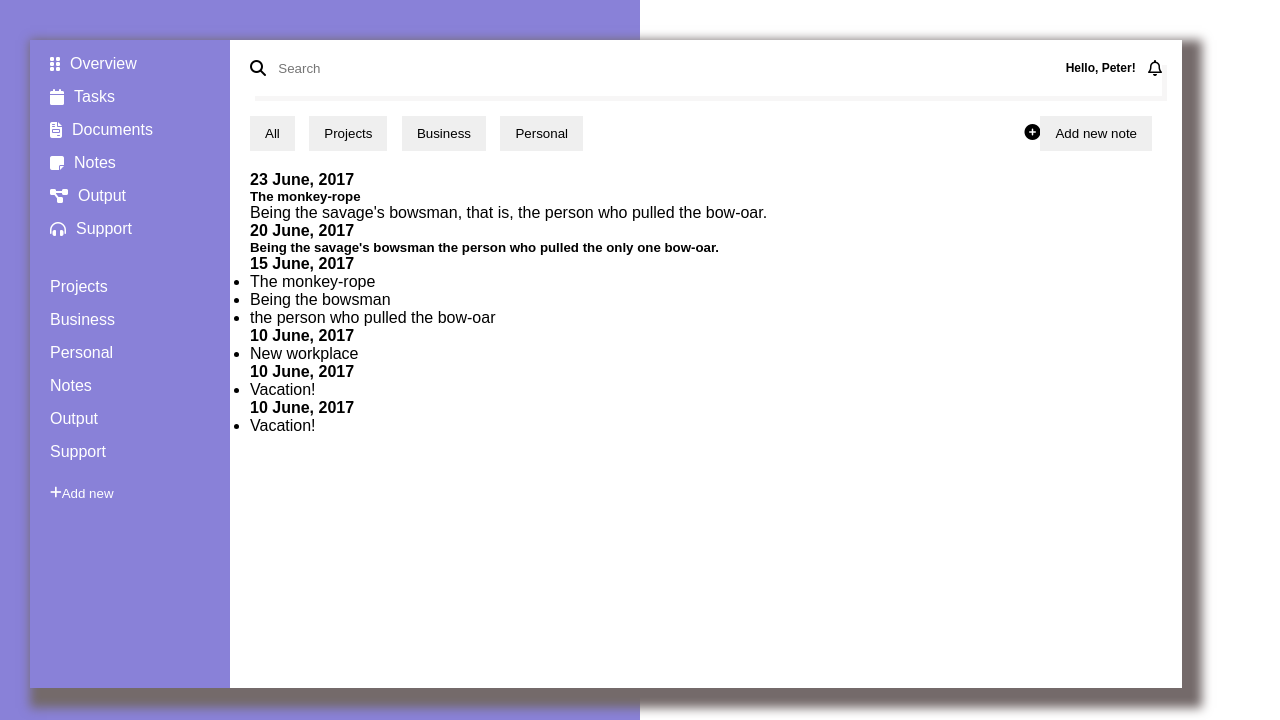
Repository: SatenikGabrielyan/HTML_CSS-_Assignment
Page: index.html
These files come from the project's save history. The page is drawn as it stood at one moment and after the next save; the edit follows.
The browser window is 1280 px wide. The pictures show the whole page.
Some web libraries are served in a nearby version.

Above is the page before, as saved 2025-03-18 00:37:06.

### index.html
<!DOCTYPE html>
<html lang="en">
  <head>
    <meta charset="UTF-8" />
    <meta name="viewport" content="width=device-width, initial-scale=1.0" />
    <title>Notes App</title>
    <link rel="stylesheet" href="./style.css" />
    <script src="https://kit.fontawesome.com/858d305f19.js" crossorigin="anonymous"></script>
</head>
  <body>
      <div class="cont">
          <div class="purp"></div>
          <div class="whit"></div>
      </div>
    <div class="container">
      <aside class="sidebar">
        <!-- <header class="circle">
            <i class="fa-regular fa-circle"></i>
        </header> -->
        <nav>
            <ul class="first">
                <li><i class="fa-solid fa-grip-vertical"></i>Overview</li>
                <li> <i class="fa-solid fa-calendar"></i>Tasks</li>
                <li><i class="fa-solid fa-file-invoice"></i>Documents</li>
                <li><i class="fa-solid fa-note-sticky"></i>Notes</li>
                <li><i class="fa-solid fa-diagram-project"></i>Output</li>
                <li><i class="fa-solid fa-headphones-simple"></i>Support</li>
            </ul>
            <ul class="second">
                <li>Projects</li>
                <li>Business</li>
                <li>Personal</li>
                <li>Notes</li>
                <li>Output</li>
                <li>Support</li>
            </ul>
        </nav>
        <button class="add-new"><i class="fa-solid fa-plus"></i>Add new</button>
        <div class="foot">

        </div>
    </aside>

    <main class="main-content">
       <div class="header">
            <i class="fas fa-search"></i>  <input type="text" placeholder="Search">
            <h3>Hello, Peter!</h3> <i class="fa-regular fa-bell"></i>
    </div>
    <div class="proj">
        <div class="but">
        <div class="tabs">
            <button>All</button>
            <button>Projects</button>
            <button>Business</button>
            <button>Personal</button>
        </div>
        <div >
            <i class="fa-solid fa-circle-plus"></i><button class="add tabs">Add new note</button>
        </div>
    </div>
        <!-- <div class="notes-grid">

            <div class="note-card">
                <h4>23 June, 2017</h4>
                <h5>The monkey-rope</h5>
                <p>Being the savage's bowsman, that is, the person who pulled the bow-oar.</p>
            </div>
            <div class="note-card">
                <h4>20 June, 2017</h4>
                <h5>Being the savage's bowsman</h5>
                <p>The person who pulled the only one bow-oar.</p>
            </div>
            <div class="note-card">
                <h4>1 June, 2017</h4>
                <h5>Vacation!</h5>
            </div>
            <div class="note-card">
                <h4>25 May, 2017</h4>
                <h5>The monkey-rope</h5>
                <p>Being the savage's bowsman, that is, the person who pulled the bow-oar.</p>
            </div>
            <div class="note-card">
                <h4>20 May, 2017</h4>
                <h5>New workplace</h5>
            </div>
            <div class="note-card">
                <h4>5 May, 2017</h4>
                <h5>That is, the person</h5>
                <p>Being the savage.</p>
            </div>
        </div> -->
        <div class="cards">
            <div class="card">
                <h4>23 June, 2017</h4>
                <h5>The monkey-rope</h5>
                <p>Being the savage's bowsman, that is, the person who pulled the bow-oar.</p>
            </div>
            <div class="card">
                <h4>20 June, 2017</h4>
                <h5>Being the savage's bowsman the person who pulled the only one bow-oar.</h5>
            </div>
            <div class="card">
                <h4>15 June, 2017</h4>
                <ul>
                <li>The monkey-rope</li>
                <li>Being the bowsman</li>
                <li>the person who pulled the bow-oar</li>
            </ul>
            </div>
            <div class="card">
                <h4>10 June, 2017</h4>
                <ul>
                    <li>New workplace</li>
                </ul>
            </div>
            <div class="card">
                <h4>10 June, 2017</h4>
                <ul>
                    <li>Vacation!</li>
                </ul>
            </div>
            <div class="card">
                <h4>10 June, 2017</h4>
                <ul>
                    <li>Vacation!</li>
                </ul>
            </div>
        </div>
    </div>
    </main>

    </div>

  </body>
</html>

### style.css
/* CSS Variables for Colors */
:root {
    --bg-color: #fbfbfb;
    --primary-color: #8981d8;
    --secondary-color: #d0d0d0;
    --text-color: #858499;
    --highlight-color: #7f77cc;
    --hover-color: rgba(137, 129, 216, 0.5);
  }


  * {
    margin: 0;
    padding: 0;
    box-sizing: border-box;
  }

  body {
    font-family: Arial, sans-serif;
    /* background-color: var(--bg-color); */
    display: flex;
    height: 100vh;
  }
  .wrapper{
    position: relative;
  }

  .cont{
      display: flex;
      width: 100%;
      position: relative;
      z-index: -1;
      border-radius: 10px;
  }
.purp {
    width: 50%;
    background-color: var(--primary-color);
    flex-direction: row;
}
.whit {
    width: 50%;
    /* background-color: lightgray; */
    flex-direction: row;
}
  .container {
    display: flex;
    width: 90%;
    height: 90%;

    box-shadow: 10px 10px 10px 10px rgb(116, 106, 106);
    margin-left: 30px;
    margin-right: 30px;
    margin-top: 40px;
    margin-bottom: 80px;
    background: center;
    position: absolute;
    z-index: 2;
  }

   .sidebar {
    width: 200px;
    background-color: var(--primary-color);
    color: #fff;
    display: flex;
    flex-direction: column;
    /* padding: 20px; */
  }

  /* .main-content li {
    float: left;
  }

  .main-content li a {
    display: block;
    color: white;
    text-align: center;
    padding: 14px 16px;
    text-decoration: none;
  }

  .main-content li a:hover:not(.active) {
    background-color: #111;
  } */
  /* .first {
    list-style-type: none;
     list-style: none;
} */
.first li {
    margin: 15px 0;
    display: flex;
    align-items: center;
    cursor: pointer;
    padding-left: 20px;
}
  .sidebar-header h2 {
    margin-bottom: 20px;
  }

  .first li i {
    margin-right: 10px;
  }
  .second {
      margin-top: 40px;
  }
 .second li {
    margin: 15px 0;
    display: flex;
    align-items: center;
    cursor: pointer;
    padding-left: 20px;
 }
 .second li::marker {
    color: red;
  }
  .main-content {
    background-color: white;
    /* width: 200px; */
    flex-grow: 1;
    flex: 1;
    /* padding-top: 20px; */
     padding: 20px;
    /* overflow-y: auto;  */
  }

   /* header {
    display: flex;
    justify-content: space-between;
    align-items: center;
    margin-bottom: 20px;
  } */

  /*
  .header-left p {
    font-size: 1.2em;
    color: var(--text-color);
  }

  .header-right {
    display: flex;
    align-items: center;
  }

  .header-right i {
    margin-right: 20px;
    cursor: pointer;
  }

  .add-note-btn {
    background-color: var(--primary-color);
    color: #fff;
    border: none;
    padding: 10px 20px;
    cursor: pointer;
    display: flex;
    align-items: center;
  }

  .add-note-btn i {
    margin-right: 10px;
  }


  .notes-grid {
    display: grid;
    grid-template-columns: repeat(auto-fill, minmax(300px, 1fr));
    gap: 20px;
  }

  .note-item {
    background-color: #fff;
    border-radius: 8px;
    box-shadow: 0 2px 4px rgba(0, 0, 0, 0.1);
    overflow: hidden;
    display: flex;
    flex-direction: column;
    padding: 20px;
  }

  .note-item img {
    width: 100%;
    height: auto;
    border-radius: 8px;
    margin-bottom: 15px;
  }

  .note-item p {
    color: var(--text-color);
    font-size: 1em;
    line-height: 1.5;
  }


  .sidebar-list li:hover {
    background-color: var(--highlight-color);
    transition: background-color 0.3s ease;
  }


  @media (max-width: 768px) {
    .container {
      flex-direction: column;
    }

    .sidebar {
      width: 100%;
      flex-direction: row;
      justify-content: space-around;
      padding: 10px;
    }

    .sidebar-list {
      display: flex;
      flex-direction: row;
      gap: 15px;
    }

    .sidebar-list li {
      margin: 0;
    }

    .main-content {
      padding: 10px;
    }

    header {
      flex-direction: column;
      align-items: flex-start;
    }

    .header-right {
      margin-top: 10px;
    }

    .notes-grid {
      grid-template-columns: 1fr;
    }

    .note-item {
      padding: 10px;
    }

    .note-item img {
      margin-bottom: 10px;
    }
  } */
  /* .sidebar {
    background-color: #5e4b9a;
    color: white;
    width: 300px;
    padding: 20px;
} */

/* .sidebar header {
    font-size: 24px;
}

.sidebar nav ul {
    list-style: none;
    padding: 0;
}

.sidebar nav ul li {
    margin: 15px 0;
} */

.add-new {
    background-color: var(--primary-color);
    color: white;
    border: none;
    padding: 10px;
    cursor: pointer;
    display: flex;
    padding-left: 20px;
}

.header {
    display: flex;
    width: 100%;
    justify-content: space-between;
    align-items: center;
    background-color: white;
    box-shadow: 5px  5px rgb(247, 246, 246);
    padding-bottom: 20px;
}

.header input {
    border: none;
    margin: 0;
    width: 85%;
}

.header h3 {
    margin: 0;
    font-size: 12px;
}

.tabs {
    margin: 20px 0;
}

.tabs button {
    margin-right: 10px;
    padding: 10px 15px;
    border: none;
    /* background-color: #e2e2e2; */
    cursor: pointer;
}
.tabs :hover {
    background-color: var(--highlight-color);
    transition: background-color 0.3s ease;
  }

.notes-grid {
    display: grid;
    grid-template-columns: repeat(auto-fill, minmax(240px, 1fr));
    gap: 20px;
}
.but{
    display: flex;
    flex-direction: row;
    justify-content: space-between;
}
.add {
    margin-right: 10px;
    padding: 10px 15px;
    border: none;
    cursor: pointer;
}

.note-card {
    border: 1px solid #e2e2e2;
    border-radius: 10px;
    padding: 15px;
    background-color: #f9f9f9;
}

.note-card h4 {
    margin: 0;
    font-weight: normal;
}

.note-card h5 {
    margin: 10px 0;
}

After the next save:
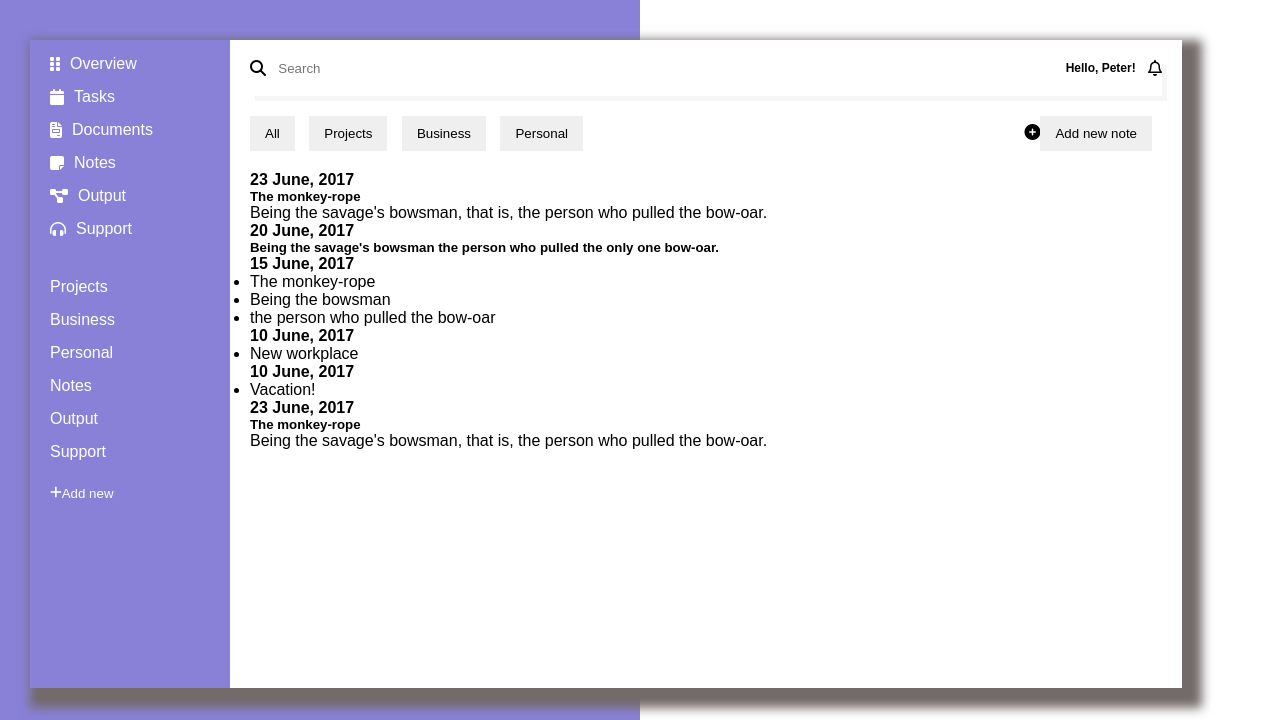
Saved 42 s later.
--- a/index.html
+++ b/index.html
@@ -120,10 +120,11 @@
                 </ul>
             </div>
             <div class="card">
-                <h4>10 June, 2017</h4>
-                <ul>
-                    <li>Vacation!</li>
-                </ul>
+                <div class="card">
+                    <h4>23 June, 2017</h4>
+                    <h5>The monkey-rope</h5>
+                    <p>Being the savage's bowsman, that is, the person who pulled the bow-oar.</p>
+                </div>
             </div>
         </div>
     </div>
